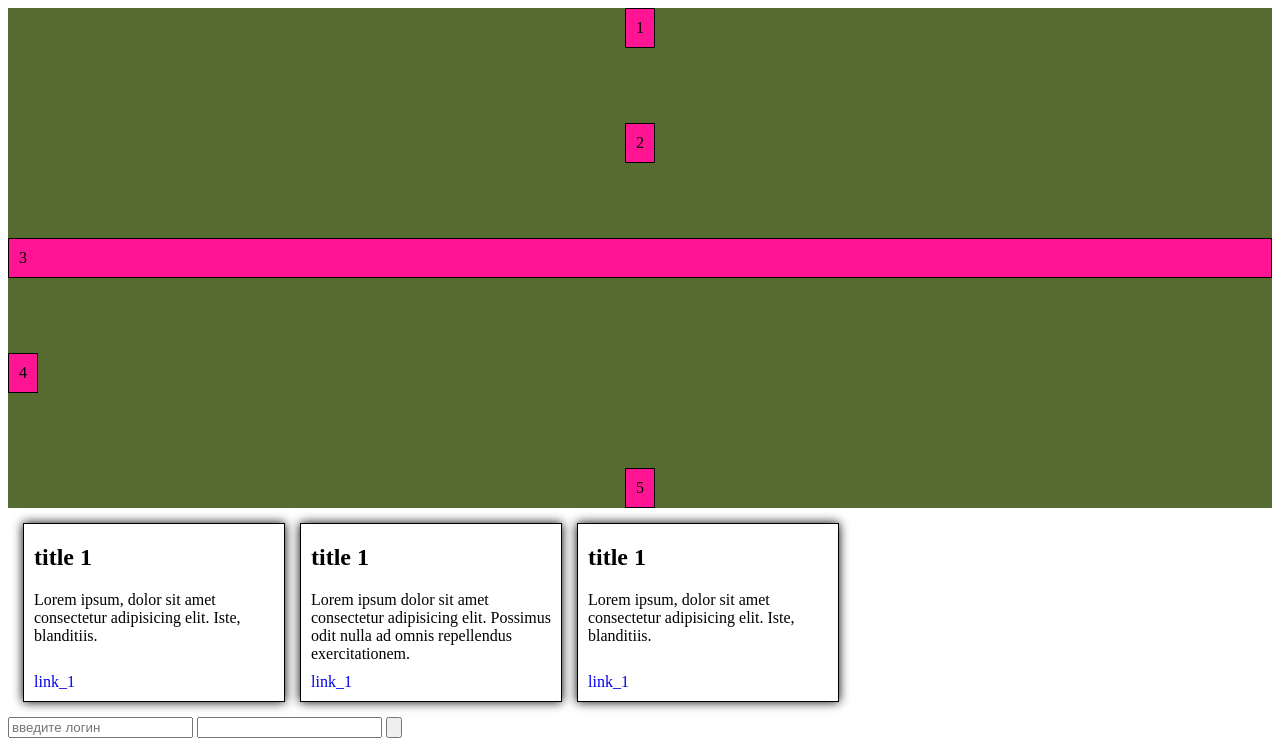
Repository: RustamNazarov98/demo
Page: index.html
These files come from the project's save history. The page is drawn as it stood at one moment and after the next save; the edit follows.
The browser window is 1280 px wide. The pictures show the whole page.

Above is the page before, as saved 2022-04-07 23:10:25.

After the next save:
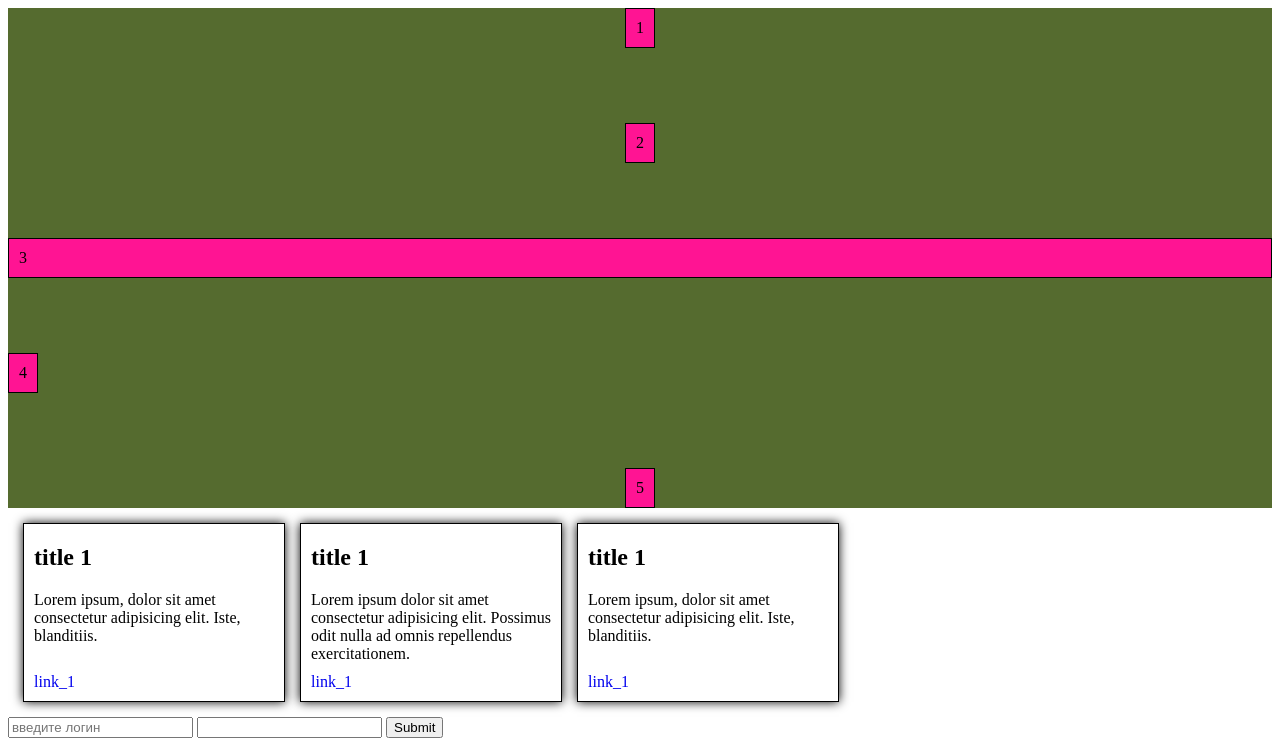
Saved 32 s later.
--- a/index.html
+++ b/index.html
@@ -40,7 +40,7 @@
     <form action="sent.html" method="post" >
         <input type="text" placeholder="введите логин">
         <input type="password">
-        <input type="button" placeholder="отправить">
+        <input type="submit" placeholder="отправить">
     </form>
 </body>
 </html>
